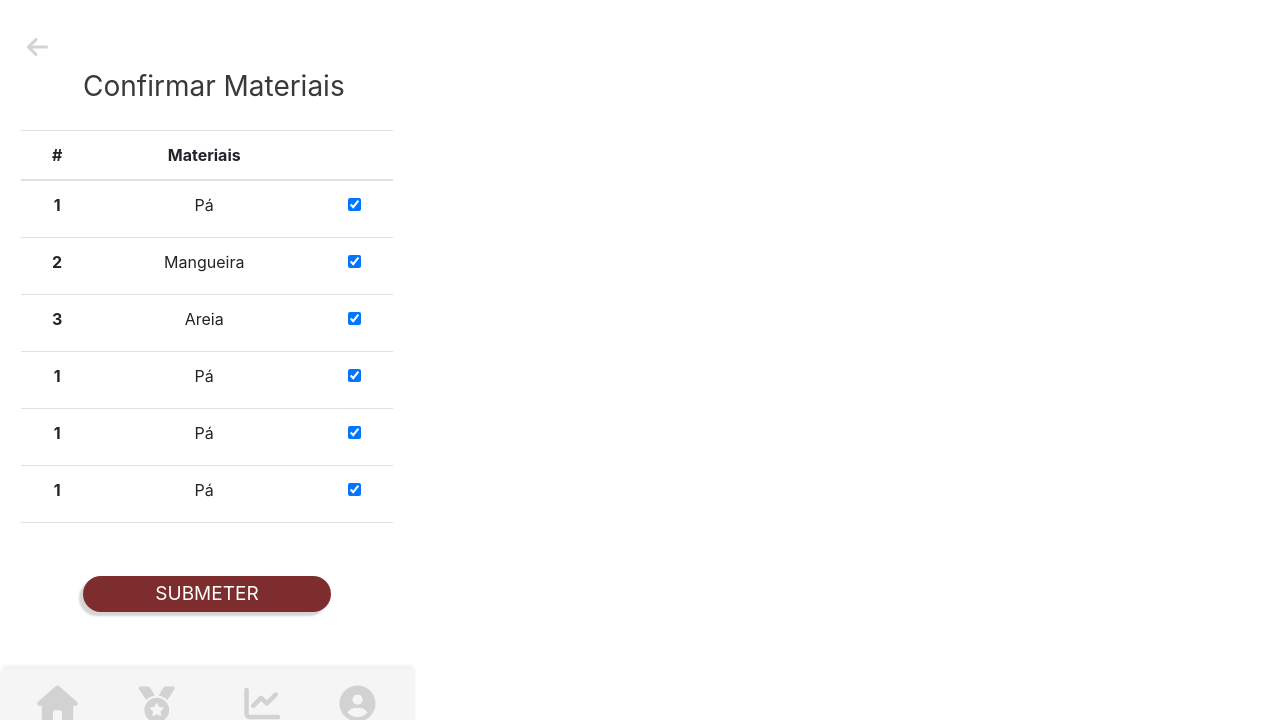
Repository: grupodetrabalhoeficiente/D213
Page: D213/Frontend/ConfirmarMateriais.html
The author's editor kept a record of every edit. The page is drawn from the files as they stood at one moment, then again after the next edit.
The browser window is 1280 px wide. The pictures show the whole page.
Some web libraries are served in a nearby version.

Above is the page before.

### D213/Frontend/ConfirmarMateriais.html
<!DOCTYPE html>
<html>
    <head>
        <meta charset="utf-8">
    <meta name="viewport" content="width=device-width, initial-scale=1, maximum-scale=1, user-scalable=no">
    <link href="https://fonts.googleapis.com/css?family=Inter&display=swap" rel="stylesheet" />
    <link href="https://fonts.googleapis.com/css?family=Roboto&display=swap" rel="stylesheet" />
    <link href="./ConfirmarMateriais.css" rel="stylesheet" />
    <link rel="stylesheet" href="https://cdn.jsdelivr.net/npm/bootstrap@4.5.3/dist/css/bootstrap.min.css" integrity="sha384-TX8t27EcRE3e/ihU7zmQxVncDAy5uIKz4rEkgIXeMed4M0jlfIDPvg6uqKI2xXr2" crossorigin="anonymous">
    <script src="https://kit.fontawesome.com/e195162fd2.js" crossorigin="anonymous"></script>
    <title>Secure4All</title>
    </head>
    <body>
  <div class="screen">
        <!--navbar-->

        <a><i id="goBack"class="fas fa-arrow-left fa-2x"></i></a>
        <span class="title">Confirmar Materiais</span>
    <!--tabela-->
    <div class="TabelaDiv">
      <form id="formConfirmação">   <!--   Atenção ao form!!!!!   por no fetch inicio e fim            -->
    <table class="table">
  <thead>
    <tr>
      <th scope="col">#</th>
      <th scope="col">Materiais</th>
      <th scope="col"></th>
    </tr>
  </thead>
  <tbody>
    <tr>
      <th scope="row">1</th>
      <td>Pá</td>
      <td>
        <label class="custom-checkbox" tab-index="0" aria-label="Checkbox Label">
    <input type="checkbox" checked>
    <span class="checkmark"></span>
  </label>
      </td>
    </tr>
    <tr>
      <th scope="row">2</th>
      <td>Mangueira</td>
      <td>
        <div class="check-box-group">
  <label class="custom-checkbox" tab-index="0" aria-label="Checkbox Label">
    <input type="checkbox" checked>
    <span class="checkmark"></span>
  </label>
      </td>
    </tr>
    <tr>
      <th scope="row">3</th>
      <td>Areia</td>
      <td>
         <label class="custom-checkbox" tab-index="0" aria-label="Checkbox Label">
    <input type="checkbox" checked>
    <span class="checkmark"></span>
  </label>
      </td>
    </tr>
    <tr>
      <th scope="row">1</th>
      <td>Pá</td>
      <td>
        <label class="custom-checkbox" tab-index="0" aria-label="Checkbox Label">
    <input type="checkbox" checked>
    <span class="checkmark"></span>
  </label>
      </td>
    </tr>
    <tr>
      <th scope="row">1</th>
      <td>Pá</td>
      <td>
        <label class="custom-checkbox" tab-index="0" aria-label="Checkbox Label">
    <input type="checkbox" checked>
    <span class="checkmark"></span>
  </label>
      </td>
    </tr>
    <tr>
      <th scope="row">1</th>
      <td>Pá</td>
      <td>
        <label class="custom-checkbox" tab-index="0" aria-label="Checkbox Label">
    <input type="checkbox" checked>
    <span class="checkmark"></span>
  </label>
      </td>
    </tr>
    <tr>
      <th scope="row">1</th>
      <td>Pá</td>
      <td>
        <label class="custom-checkbox" tab-index="0" aria-label="Checkbox Label">
    <input type="checkbox" checked>
    <span class="checkmark"></span>
  </label>
      </td>
    </tr>
    <tr>
      <th scope="row">1</th>
      <td>Pá</td>
      <td>
         <label class="custom-checkbox" tab-index="0" aria-label="Checkbox Label">
    <input type="checkbox" checked>
    <span class="checkmark"></span>
  </label>
      </td>
    </tr>
    <tr>
      <th scope="row">1</th>
      <td>Pá</td>
      <td>
        <label class="custom-checkbox" tab-index="0" aria-label="Checkbox Label">
    <input type="checkbox" checked>
    <span class="checkmark"></span>
  </label>
      </td>
    </tr>
    <tr>
      <th scope="row">1</th>
      <td>Pá</td>
      <td>
        <label class="custom-checkbox" tab-index="0" aria-label="Checkbox Label">
    <input type="checkbox" checked>
    <span class="checkmark"></span>
  </label>
      </td>
    </tr>
    <tr>
      <th scope="row">1</th>
      <td>Pá</td>
      <td>
        <label class="custom-checkbox" tab-index="0" aria-label="Checkbox Label">
    <input type="checkbox" checked>
    <span class="checkmark"></span>
  </label>
      </td>
    </tr>
    <tr>
      <th scope="row">1</th>
      <td>Pá</td>
      <td>
       <label class="custom-checkbox" tab-index="0" aria-label="Checkbox Label">
    <input type="checkbox" checked>
    <span class="checkmark"></span>
  </label>
      </td>
    </tr>
    <tr>
      <th scope="row">1</th>
      <td>Pá</td>
      <td>
         <label class="custom-checkbox" tab-index="0" aria-label="Checkbox Label">
    <input type="checkbox" checked>
    <span class="checkmark"></span>
  </label>
      </td>
    </tr>
  </tbody>
</table>
</form> <!--                        Atenção ao form!!!!!               -->
</div>
<!--botao confirmar-->
<input id="submit" type ="button" class="SubmeterClass" id="SubmeterId" value="SUBMETER"></input>
<!--MENUBAR-->
<nav class="menubar fixed-bottom">
            <ul class="nav navbar-nav">
                <li><a href="MenuPrincipal.html"><i class="fa fa-home fa-3x"></i></a></li>
                <li><a href="Ranks.html"><i class="fa fa-medal fa-3x"></i></a></li>
                <li><a href="HistoricoOcorrencias.html"><i class="fa fa-chart-line fa-3x"></i></a></li>
                <li><a href="PerfilUpdate.html"><i class="fas fa-user-circle fa-3x"></i></a></li>
            </ul>
        </nav>
    </div>
    </body>
</html>

### D213/Frontend/ConfirmarMateriais.css
.screen {
  width:100%;
  height:100%;
  max-width: 414px;
  max-height: 736px;
  background: rgba(255,255,255,1);
  opacity: 1;
  position: absolute;
  overflow: hidden;
  z-index:-1;
}
/*NAVBAR*/
.navbar{
  width: 100%;
  max-width:414px;
  background-color: rgba(255,255,255,1);
  z-index:3;
  text-align:center;
  overflow: hidden;

}
.title {
        position: absolute;
    color: rgb(58 57 57);
    width: 100%;
    top: 65px;
    left: 83px;
    font-size: 28px;
    font-family: INHERIT;

}
/*TABELA*/
.TabelaDiv{
         position: relative;
    width: 90%;
    height: 55%;
    top: 18%;
    display: block;
    margin-left: auto;
    margin-right: auto;
    text-align: center;
    overflow: auto;
}
.MaterialCheck{

}
/* botao confirmar*/
.SubmeterClass{
    height: 5%;
    width: 60%;
    border-top-left-radius: 32px;
    border-top-right-radius: 32px;
    border-bottom-left-radius: 32px;
    border-bottom-right-radius: 32px;
    position: absolute;
    background-color: #7d2d2d;
    color: white;
    font-size: 19px;
    border: none;
    top: 80%;
    left: 20%;
    box-shadow: -4px 4px 2px rgb(171 171 171 / 50%);
}
/*Menubar*/
.menubar i:hover {
  color: #000000;           /*rgba(171,4,4,1);*/
}
.menubar {
    width: 100%;
    height: 100%;
    max-height: 67px;
    max-width: 414px;
    background-color: rgba(255, 255, 255, 1);
    z-index: 1;
    float: center;
    overflow: hidden;
    display: block;
    font-size: 12px;
}

.fa-home {
    opacity: 1;
    position: absolute;
    top: 16px!important;
    left: 9%;
    z-index: 2;
    color: #d2d2d2;
}

.fa-medal {
    opacity: 1;
    position: absolute;
    left: 33.5%;
    z-index: 2;
    top: 17px!important;
    color: #d2d2d2;
}

.fa-chart-line {
    opacity: 1;
    position: absolute;
    left: 59%;
    z-index: 2;
    top: 16px!important;
    color: #d2d2d2;
}

.fa-user-circle {
    opacity: 1;
    position: absolute;
    left: 82%;
    z-index: 2;
    top: 16px!important;
    color: #d2d2d2;
}

#goBack {
     position: absolute;
top: 35px;
    left: 27px;
    font-size: 24px;
    color: lightgray;
}

.fixed-bottom {
    position: fixed;
    background-color: #ececec82;
    top: 670px;
    left: 1px;
    width: 461px;
    box-shadow: 1px -5px 2px rgb(222 221 221 / 34%);
    border-top-left-radius: 5px;
    border-top-right-radius: 5px;
    border-bottom-left-radius: 5px;
    border-bottom-right-radius: 5px;
}

### D213/Frontend/All.css
/*                                                                 AvaliarOperacionais               */
.screen {
  width:100%;
  height:100%;
  max-width: 414px;
  max-height: 736px;
  background:rgb(253 253 253);
  opacity: 1;
  position: absolute;
  overflow: hidden;
  z-index:-1;
}
/*navbar*/
.navbar{
  width: 100%;
  max-width:414px;
  background-color: rgba(255,255,255,1);
  z-index: 2!important;
  text-align:center;
  overflow: hidden;
  height: 5%;

}
.title {
    position: absolute;
    color: #3A3939;
    width: 100%;
    top: 25px;
    left: 81px;
    font-size: 28px;
    font-family: INHERIT;
}
#formAvaliar{
}
.AvaliarDiv{
    position: relative;
    width: 90%;
    height: 65%;
    top: 16%;
    display: block;
    margin-left: auto;
    margin-right: auto;
    text-align: center;
    overflow: auto;
}
/* botao confirmar*/
.SubmeterClass{
    height: 5%;
    width: 60%;
    border-top-left-radius: 32px;
    border-top-right-radius: 32px;
    border-bottom-left-radius: 32px;
    border-bottom-right-radius: 32px;
    position: absolute;
    background-color: #7d2d2d;
    color: white;
    font-size: 19px;
    border: none;
    top: 83%;
    left: 20%;
    box-shadow: -4px 4px 2px rgb(171 171 171 / 50%);
}
/*menubar*/
.menubar i:hover {
  color: #000000;           /*rgba(171,4,4,1);*/
}
.menubar {
    width: 100%;
    height: 100%;
    max-height: 67px;
    max-width: 414px;
    background-color: rgba(255, 255, 255, 1);
    z-index: 1;
    float: center;
    overflow: hidden;
    display: block;
    font-size: 12px;
}

.fa-home {
    opacity: 1;
    position: absolute;
    top: 16px!important;
    left: 9%;
    z-index: 2;
    color: #d2d2d2;
}

.fa-medal {
    opacity: 1;
    position: absolute;
    left: 33.5%;
    z-index: 2;
    top: 17px!important;
    color: #d2d2d2;
}

.fa-chart-line {
    opacity: 1;
    position: absolute;
    left: 59%;
    z-index: 2;
    top: 16px!important;
    color: #d2d2d2;
}

.fa-user-circle {
    opacity: 1;
    position: absolute;
    left: 82%;
    z-index: 2;
    top: 16px!important;
    color: #d2d2d2;
}

#goBack {
     position: absolute;
top: 35px;
    left: 27px;
    font-size: 24px;
    color: lightgray;
}

.fixed-bottom {
    position: fixed;
    background-color: #ececec82;
    top: 670px;
    left: 1px;
    width: 461px;
    box-shadow: 1px -5px 2px rgb(222 221 221 / 34%);
    border-top-left-radius: 5px;
    border-top-right-radius: 5px;
    border-bottom-left-radius: 5px;
    border-bottom-right-radius: 5px;
}

After the next edit:
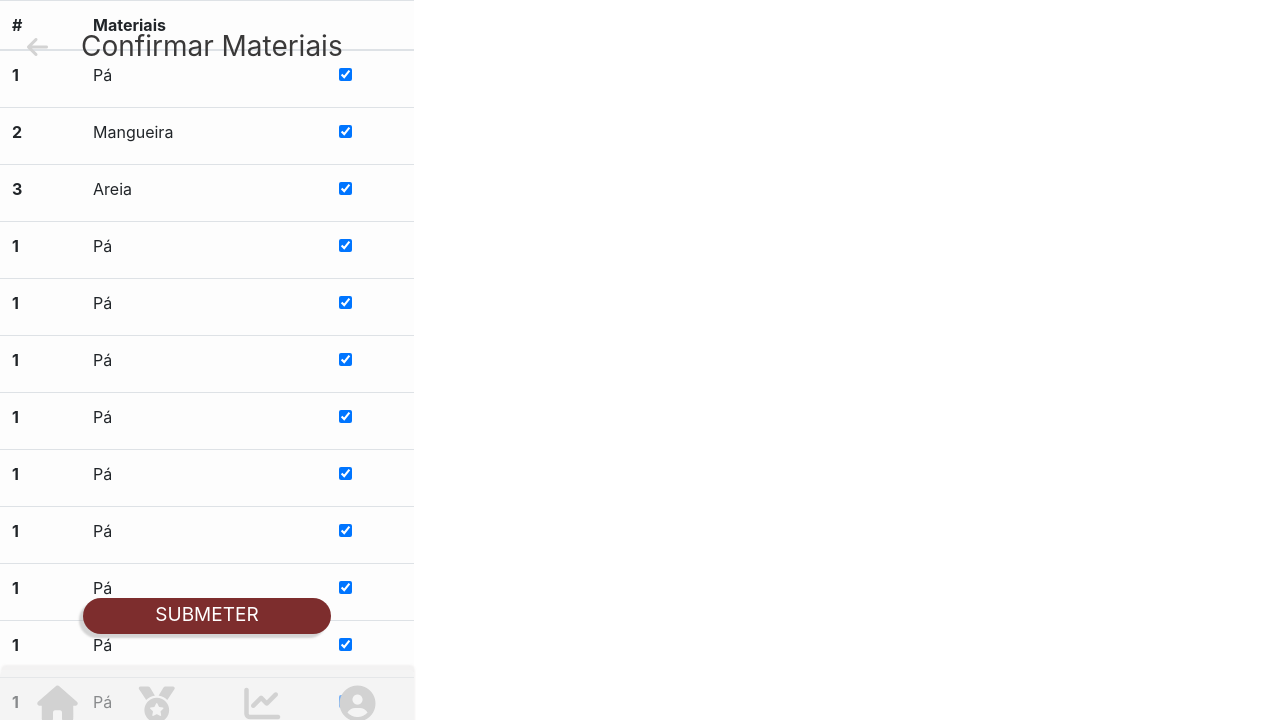
The edit:
--- a/D213/Frontend/ConfirmarMateriais.html
+++ b/D213/Frontend/ConfirmarMateriais.html
@@ -5,7 +5,7 @@
     <meta name="viewport" content="width=device-width, initial-scale=1, maximum-scale=1, user-scalable=no">
     <link href="https://fonts.googleapis.com/css?family=Inter&display=swap" rel="stylesheet" />
     <link href="https://fonts.googleapis.com/css?family=Roboto&display=swap" rel="stylesheet" />
-    <link href="./ConfirmarMateriais.css" rel="stylesheet" />
+    <link href="./All.css" rel="stylesheet" />
     <link rel="stylesheet" href="https://cdn.jsdelivr.net/npm/bootstrap@4.5.3/dist/css/bootstrap.min.css" integrity="sha384-TX8t27EcRE3e/ihU7zmQxVncDAy5uIKz4rEkgIXeMed4M0jlfIDPvg6uqKI2xXr2" crossorigin="anonymous">
     <script src="https://kit.fontawesome.com/e195162fd2.js" crossorigin="anonymous"></script>
     <title>Secure4All</title>
